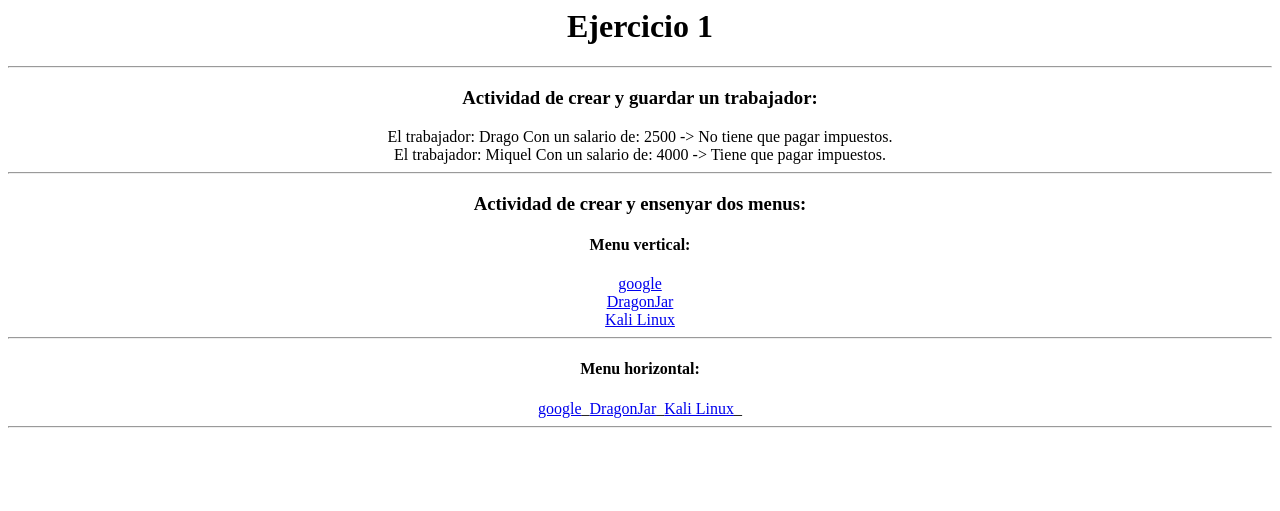
Repository: IlDragoDoro/atomClass
Page: http://localhost/ejercicio1.php
The author's editor kept a copy of each file at every save. The page is drawn from the files as they stood at one save, then again after the next save.
The browser window is 1280 px wide. The pictures show the whole page.
The page is run by PHP 8.4 with error messages shown; the project is at /var/www/html/.

Above is the page before, as saved 2020-12-03 11:21:07.

### DWS/POO/ejercicio1.php
 <?php
echo "<center>";
// Creo la clase trabajador
class Trabajador
{

    // Creo los atributos:
    public $nombre = array();
    public $salario = array();

    public function guardar($nombre,$salario)
    {
        $this->nombre[] = $nombre;
        $this->salario[] = $salario;
    }

    public function mostrar()
    {
        for($i = 0; $i < count($this->nombre);$i++){
            $this->formato($this->nombre[$i], $this->salario[$i]);
        }

    }

    public function formato($nombre, $salario)
    {

        if ($salario < 3500) {
            echo "El trabajador: " . $nombre . " Con un salario de: " . $salario . " -> No tiene que pagar impuestos.<br>";
        } else {
            echo "El trabajador: " . $nombre . " Con un salario de: " . $salario . " -> Tiene que pagar impuestos.<br>";
        }
    }
}
echo "<h1>Ejercicio 1</h1>";
echo "<hr>";
echo "<h3>Actividad de crear y guardar un trabajador:</h3>";
$trabajador = new Trabajador(); // Creamos un trabajador
$trabajador->guardar("Drago", 2500);
$trabajador->guardar("Miquel", 4000);
$trabajador->mostrar();
echo "<hr>";

//-------------------------------------------------------------------------------------------------------------------------------
//Creo una clase navegar:
class navegar{
    private $enlaces=array();
    private $titulos=array();
//Creo la funcion para guardar las opciones
    public function guardar($enlace,$titulo){
        $this->enlaces[]=$enlace;
        $this->titulos[]=$titulo;
    }
//Creo la funcion para mostrar el men� horizontal
    public function horizontal(){
        for($i=0;$i<count($this->enlaces);$i++){
           echo '<a href="'.$this->enlaces[$i].'">'.$this->titulos[$i].'</a>' ;
           echo "_";
        }
    }
//Creo la funcion para mostrar el men� vertical
    public function vertical(){
        for($i=0;$i<count($this->enlaces);$i++){
            echo '<a href="'.$this->enlaces[$i].'">'.$this->titulos[$i].'</a>' ;
            echo "<br>";
        }
    }
}

//Creo el objeto menu
$navegar1=new Navegar();
//Guardo los atributos del objeto
$navegar1->guardar("www.google.es","google");
$navegar1->guardar("www.dragonjar.org","DragonJar");
$navegar1->guardar("www.kali.ork","Kali Linux");

//Muestro los dos menus:
echo "<h3>Actividad de crear y ensenyar dos menus:</h3> ";
echo "<h4>Menu vertical:</h4>";
$navegar1->vertical();
echo "<hr>";
echo "<h4>Menu horizontal:</h4>";
$navegar1->horizontal();
echo "<hr>";
echo "</center>";

class header{
    public $titulo = "";
    public $posicion = "";
    public $fondo = "";
    public $fuente = "";

    public function guardar($titulo,$posicion,$fondo,$fuente){
        $this->titulo=$titulo;
        $this->posicion=$posicion;
        $this->fondo=$fondo;
        $this->fuente=$fuente;
    }
    //Creo la función para mostrar el header
    public function mostrar(){
        echo "<header><h2></h2></header>";
    }
}

$header=new Header();
$header->guardar("titulo","center","blue","arial");
$header->mostrar();

?>

After the next save:
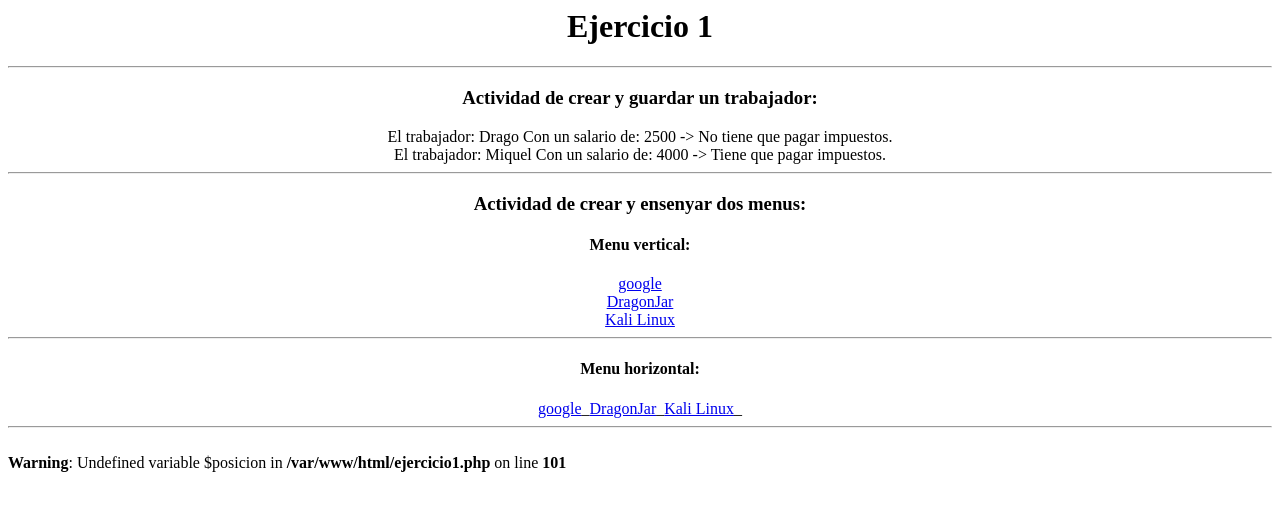
Saved 40 s later.
--- a/DWS/POO/ejercicio1.php
+++ b/DWS/POO/ejercicio1.php
@@ -98,7 +98,7 @@ class header{
     }
     //Creo la función para mostrar el header
     public function mostrar(){
-        echo "<header><h2></h2></header>";
+        echo "<header><h2 style='text-align:.$posicion'></h2></header>";
     }
 }
 
